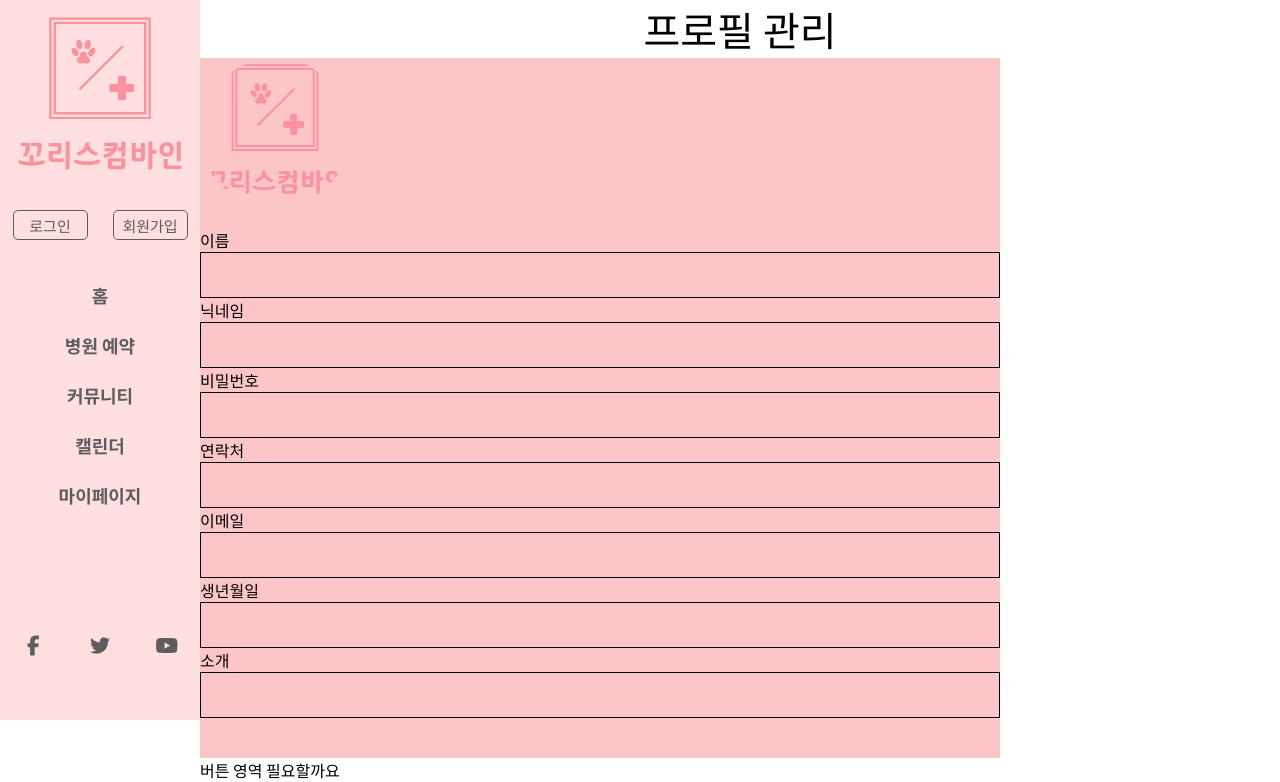
Repository: dodnam/kkoris
Page: http://localhost/1_kkoris/reservation2.jsp
An editor plug-in stored every save of this project. The page is shown before and after the next save, followed by the edit.
The browser window is 1280 px wide. The pictures show the whole page.
Some web libraries are served in a nearby version. The page is served by Tomcat 9.

Above is the page before, as saved 2020-02-17 14:44:06.

### 1_kkoris/WebContent/reservation2.jsp
<%@ page language="java" contentType="text/html; charset=UTF-8"
    pageEncoding="UTF-8"%>
<!DOCTYPE html>
<html>
<head>
<meta charset="UTF-8">
<title>Insert title here</title>
<link rel="stylesheet" type="text/css" href="<%= request.getContextPath() %>/css/index.css"/>
<link rel="stylesheet" type="text/css" href="<%= request.getContextPath() %>/css/layout.css"/>
<style>
	.box_con{width:800px; height:700px; background-color:#fcc6c9; left:30px;right:30px;}
	.box{width: 150px; height:150px; border-radius:70%; overflow:hidden;}
	.profile{width: 100%; height:100%; object-fit:cover;}
	.userTitle{font-size:40px; text-align:center; top:30px;}
</style>
</head>
<body>
	<%@ include file="views/layout.jsp" %>
	<div class="container">
    	<div class="userTitle">
			프로필 관리
    	</div>

    	<div class="userProfile">
    		<div class="box_con">
	    		<div class="box">
	    			<img class="profile" src="<%= request.getContextPath() %>/images/logo.png">
	    		</div>

				<div class="input-box">
					<p class="input-label">이름</p><input type="text">
	    			<p class="input-label">닉네임</p><input type="text">
	    			<p class="input-label">비밀번호</p><input type="password">
	    			<p class="input-label">연락처</p><input type="text">
	    			<p class="input-label">이메일</p><input type="email">
	    			<p class="input-label">생년월일</p><input type="text">
	    			<p class="input-label">소개</p><input type="text">
	    		</div>
    		</div>
    	</div>

    	<div> 버튼 영역 필요할까요

    	</div>
	</div>
</body>
</html>

### 1_kkoris/WebContent/views/layout.jsp
<%@ page language="java" contentType="text/html; charset=UTF-8"
    pageEncoding="UTF-8"%>
<!DOCTYPE html>
<html>
<head>
<meta charset="UTF-8">
<title>Insert title here</title>
<link href="https://fonts.googleapis.com/css?family=Noto+Sans+KR&display=swap" rel="stylesheet">
<script src="https://kit.fontawesome.com/18fd811fa1.js" crossorigin="anonymous"></script> <!-- sns아이콘 -->
<link rel="stylesheet" type="text/css" href="<%= request.getContextPath() %>/css/layout.css"/> <!-- 작성할 css를 연결 -->
</head>
<body>
	<header><!-- 헤더 -->
		<h1 class="logo"></h1>
		<nav>
      		<div class="login">
	        	<div><a href="#">로그인</a></div>
	        	<div><a href="#">회원가입</a></div>
	      	</div>
	      	<ul id="navigator">
	        	<li id="nav-home">
	         		<a href="#"><span>홈</span></a>
	         	</li>
	         	<li id="nav-hospital">
	         		<span>병원 예약</span>
         			<ul class="nav2-hospital" id="nav2-hospital">
         				<li><a href="#">병원 검색</a></li>
	         			<li><a href="#">예약 확인</a></li>
	         			<li><a href="#">병원 후기</a></li>
         			</ul>
	         	</li>
	         	<li id="nav-community">
	         		<span>커뮤니티</span>
         			<ul class="nav2-community" id="nav2-community">
	         			<li><a href="#">공지사항</a></li>
	         			<li><a href="#">후기 모아보기</a></li>
	         			<li><a href="#">지식 공유</a></li>
         			</ul>
	         	</li>
	         	<li id="nav-calendar">
	         		<a href="#"><span>캘린더</span></a>
	         	</li>
	         	<li id="nav-mypage">
	         		<span>마이페이지</span>
	         		<ul class="nav2-mypage" id="nav2-mypage">
		         		<li><a href="#">내 정보</a></li>
		         		<li><a href="#">예약 조회</a></li>
		         		<li><a href="#">포인트샵</a></li>
		         		<li><a href="#">내가 쓴 글 조회</a></li>
	         		</ul>
	         	</li>
	      	</ul>
		<dl>
	    	<dt class="blind">sns</dt>
	        <dd><a href="#"><i class="fab fa-facebook-f"></i></a></dd>
	        <dd><a href="#"><i class="fab fa-twitter"></i></a></dd>
	        <dd><a href="#"><i class="fab fa-youtube"></i></a></dd>
		</dl>
		</nav>
	</header>
	<footer></footer>
</body>
</html>

### 1_kkoris/WebContent/css/index.css
@charset "UTF-8";
/* 컨테이너 */
div.container{position: absolute; top:0; left:0; padding-left:200px; height:100%; width:100%; box-sizing:border-box;}
/* 섹션이 현재 1개이기 때문에 100% 2개면 200%, 3개면 300% */
/* 참고	section:nth-of-type(1) {section 중 첫번째 section에 접근} */
section.main {position:relative; height:100%; width:100%; background: url(../images/main-bg.jpg) no-repeat center center; background-size: contain;}
section.main > article.quickMenu > ul {position: absolute; top:calc(50% - 50px); left:calc(50% - 25%); width: 50%; height: 100px; display: flex;}
section.main > article.quickMenu {position: relative; width: 100%; height: 100%; background: rgba(0, 0, 0, 0.2);}
section.main > article.quickMenu > ul > li {width: 25%; height:100px;}
section.main > article.quickMenu > ul > li > a {color: #5d5d5d; display:block; font-size: 5em; text-align:center;}
section.main > article.quickMenu > ul > li > a > span {display: block; font-size: 15px;}
section.main > article.quickMenu > ul > li > a:hover {color: #fb929e;}

### 1_kkoris/WebContent/css/layout.css
@charset "UTF-8";
* {margin: 0; padding: 0; font-family: 'Noto Sans KR', sans-serif;}
*, *:before, *:after {box-sizing: border-box;}
html, body {width: 100%; height: 100%;}
table{border-collapse: collapse;}
img,fieldset{border: none;}
ol,ul{list-style: none;}
h1,h2,h3,h4,h5,h6{font-weight: normal; font-size: 100%;}
q:after,q:before{content: "";}
abbr,acronym{border:none;} /* 축약어 */
img,input,select{vertical-align: middle;}
hr{display: none;}
a {text-decoration: none; color: #000;}
header {position: fixed; width: 200px; height: 100%; background: #ffdfdf; z-index: 30;}
input{outline: none; background: none;}
.blind{position: absolute;left: 0;top: 0;width: 0;height: 0;font-size: 0;line-height: 0;text-indent: -9999px;overflow: hidden;visibility: hidden;}
.displaynone{display: none;}

/* input타입 1 (커서유입에 따른 스타일 변화)
	<div class="input-container"><label class="input-label">아이디</label><input type=""></div>
*/
div.input-container {position: relative; display: block; margin: 20px 0;}
div.input-container > input {width: 100%; height: 40px; line-height: 40px; font-size: 16px; border: none; border-bottom: 1px solid #5d5d5d;}
div.input-container.focus > input:focus {border-bottom: 1px solid #fb929e;}
label.input-label {position: absolute; font-size: 16px; transform: translateY(10px); color: #5d5d5d; transition: transform 0.2s ease; z-index: -1;}
div.input-container.focus > label.input-label {font-size: 12px; transform: translateY(-5px); text-transform: uppercase;}
div.input-container.focus.on > label.input-label {color: #fb929e;}

/* input타입 2 (박스형)
	<div class="input-box"><p class="input-label">라벨명</p><input type=""></div>
*/
div.input-box {position: relative; display: block; margin: 20px 0;}
div.input-box > input {width: 100%; padding: 10px; font-size: 16px; border: 1px solid #000;}
p.input-label {font-size: 16px; color: #000;}
p.input-info {font-size: 14px; color: #5d5d5d;}

/* input radio
	<input type="radio" name="test"><label class="radioLabel">라벨명1</label>
	<input type="radio" name="test"><label class="radioLabel">라벨명2</label>
*/
input[type=radio] {display: none;}
label.radioLabel {display: inline-block; position: relative; padding: 0 30px; cursor: pointer; line-height: 18px;}
label.radioLabel:before, label.radioLabel:after {position: absolute; border-radius: 50%; content: '';}
label.radioLabel:before {left: 0; top: 0; width: 18px; height: 18px; border: 2px solid #000;}
label.radioLabel:after {top: 5px; left: 5px; width: 8px; height: 8px; background: #fb929e; transform: scale(0);}
input[type="radio"]:checked + label.radioLabel:before {border-color: #fb929e; }
input[type="radio"]:checked + label.radioLabel:after {transform: scale(1);}

/* input submit
	<form>에서 submit되는 버튼을 위한 css (단, 검색 등의 다른 버튼은 blue베이스 스타일로 사용)
*/
div.input-submit {display: block; text-align: center; padding: 15px;}
input[type="submit"] {min-width: 50px; height: 30px; cursor: pointer; background: #ffdfdf; color: #5d5d5d; font-size: 14px; font-weight: 600; border: none; border-radius: 5px;}
input[type="submit"]:hover {background: #fb929e; color: #fff;}

/* select 옵션  */
div > select {font-size: 10pt; width: 100px; padding: .7em .5em; font-family: inherit; background: url(https://farm1.staticflickr.com/379/19928272501_4ef877c265_t.jpg) no-repeat 95% 50%; -webkit-appearance: none; -moz-appearance: none; appearance: none; outline:none; border:1px solid #5d5d5d;}

/* input 검색 (class="search_input") */
div > span > input.search_input{width: 250px;  padding: 12px 24px; font-size: 14px; line-height: 18px; color: #575756; background-size: 18px 18px; border-radius: 50px; border: 1px solid #5d5d5d; backface-visibility: hidden; right:20px; outline:none;}


/* 영역
	<div class="container">		// 아래css 외에 특정 스타일을 주어야할 때, 클래스를 추가로 부여하여 사용했음 (ex. class="container login")
		<div class="contents">
			구현 영역
		</div>
	</div>
*/
div.container {position: absolute; top:0; left:0; padding-left:200px; width: 100%; height: 100%; margin: 0 auto; box-sizing: border-box;}
div.contents {position:relative; margin: 0 auto;}
div.contents > h2 {font-weight: 700; font-size: 30px; color: #000; padding: 15px 0; text-align: center;}


/** 헤더 **/
h1.logo {
	text-indent: -9999px; overflow: hidden; width: 180px; height: 180px;
	margin: 10px auto; /* auto는 중앙에 놓음 */
	background: url(../images/logo.png) no-repeat; background-size: contain; /*contain = h1 사이즈에 맞춤*/
}
nav > div.login {display: flex; justify-content:space-around; font-size: 15px;}
				/*블락요소로 가로 정렬 함*/
nav > div.login > div {width: 75px; height: 30px;} /* 위 아래 마진, 좌 우 마진*/
nav > div.login > div > a {display: block; width: 100%; height: 100%; line-height: 30px; text-align: center; border: 1px solid #5d5d5d; border-radius: 5px;}
nav > div.login > div > a:hover {color: #fb929e; border: none; background: #fff6f6; font-weight: 600}

/* 메뉴 */
nav {margin-top: 20px;}
nav * {color: #5d5d5d;}
nav > ul {margin-top: 30px; text-align: center;}
nav > ul > li {width: 100%;}
nav > ul > li:hover {background: #fff6f6;}
nav > ul > li span {display:block; width: 100%; height: 100%; line-height: 50px; font-size: 18px; font-weight: 600; border-radius: 10px; cursor: pointer;}
nav > ul > li span:hover {color: #fb929e;}

nav > ul > li > ul[class^=nav2] {display: none;}
nav > ul > li > ul[class^=nav2] > li > a {display: block; line-height: 40px; font-size: 16px;}
nav > ul > li > ul[class^=nav2] > li > a:hover {color: #fb929e; font-weight: 600;}

nav > ul > li:hover > ul[class^=nav2] {display: block;}

/* sns */
nav > dl {position:absolute; bottom:50px; width:100%; height:50px; display:flex; justify-content:space-around;}
nav > dl > dd {width:50px; text-align:center;}
nav > dl > dd > a {display: block; width: 100%; height:100%; font-size:20px; line-height:50px; transition:all 0.2s ease 0s;}
nav > dl > dd > a:hover {font-size:25px;}

footer {position: fixed; bottom: 10px;}

After the next save:
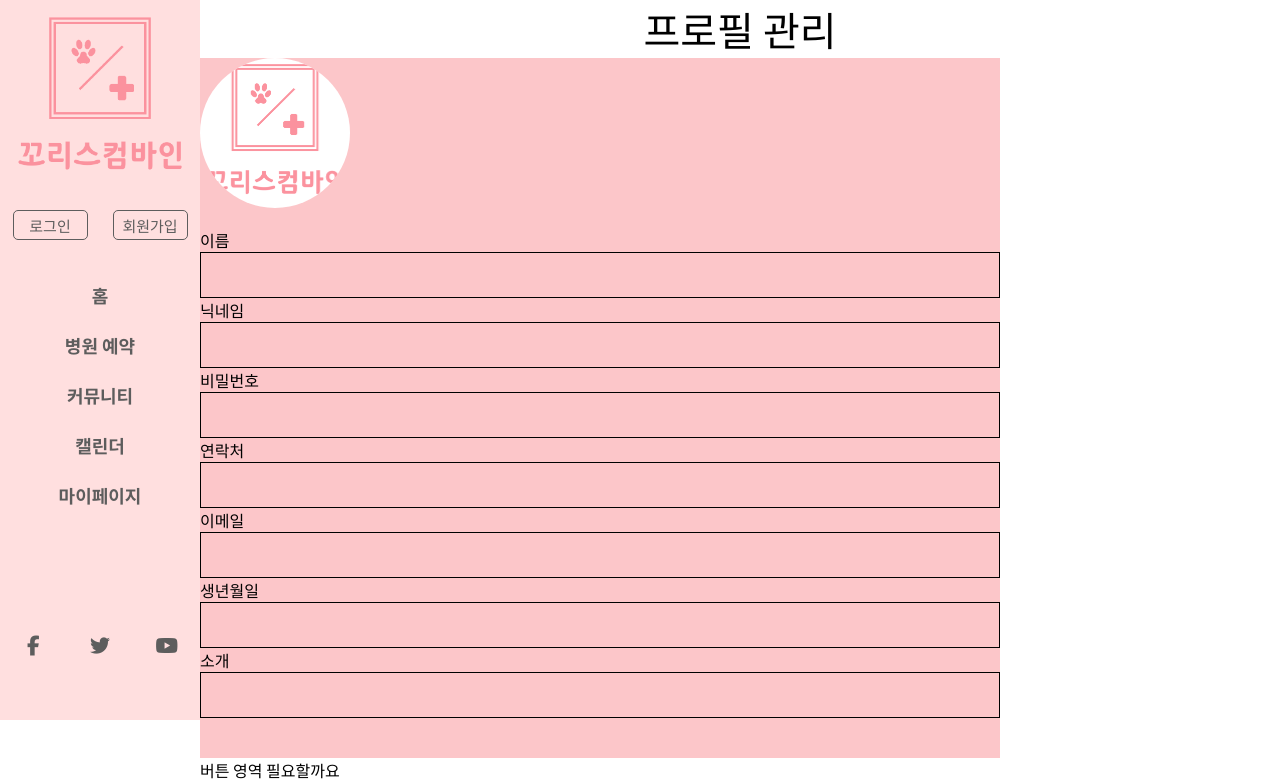
Saved 37 s later.
--- a/1_kkoris/WebContent/reservation2.jsp
+++ b/1_kkoris/WebContent/reservation2.jsp
@@ -9,7 +9,7 @@
 <link rel="stylesheet" type="text/css" href="<%= request.getContextPath() %>/css/layout.css"/>
 <style>
 	.box_con{width:800px; height:700px; background-color:#fcc6c9; left:30px;right:30px;}
-	.box{width: 150px; height:150px; border-radius:70%; overflow:hidden;}
+	.box{width: 150px; height:150px; border-radius:70%; overflow:hidden; background-color:#fff;}
 	.profile{width: 100%; height:100%; object-fit:cover;}
 	.userTitle{font-size:40px; text-align:center; top:30px;}
 </style>
